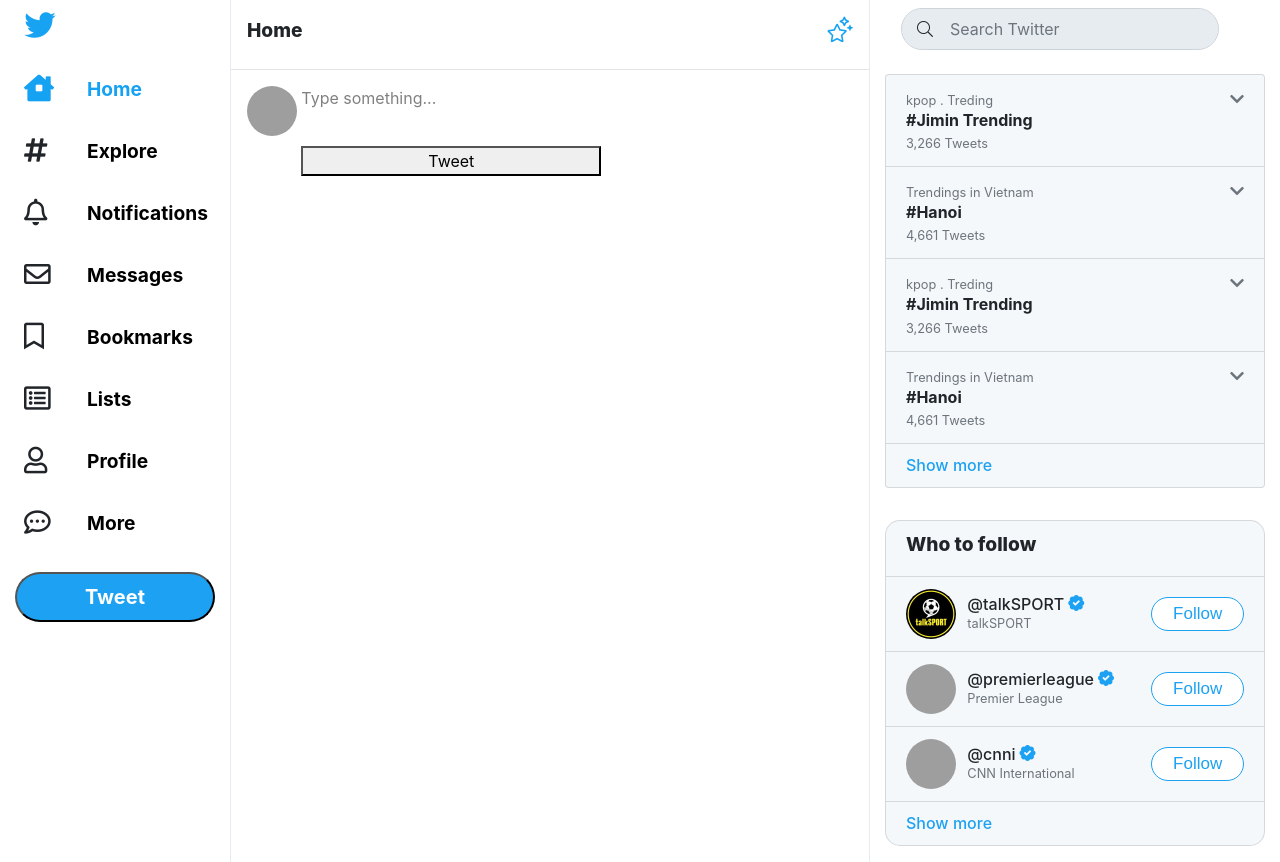
Repository: tts2610/Twitter-clone
Page: index.html
These files come from the project's save history. The page is drawn as it stood at one moment and after the next save; the edit follows.
The browser window is 1280 px wide. The pictures show the whole page.
Pictures or frames that could not be fetched are drawn as grey boxes.

Above is the page before, as saved 2020-05-23 16:29:26.

### index.html
<!DOCTYPE html>
<html lang="en">

<head>
    <meta charset="UTF-8">
    <!-- <meta name="viewport" content="width=device-width, initial-scale=1.0"> -->
    <title>Document</title>
    <link rel="stylesheet" href="css/style.css">
    <!-- Latest compiled and minified CSS -->
    <link rel="stylesheet" href="https://maxcdn.bootstrapcdn.com/bootstrap/4.5.0/css/bootstrap.min.css">

    <!-- jQuery library -->
    <script src="https://ajax.googleapis.com/ajax/libs/jquery/3.5.1/jquery.min.js"></script>

    <!-- Popper JS -->
    <script src="https://cdnjs.cloudflare.com/ajax/libs/popper.js/1.16.0/umd/popper.min.js"></script>

    <!-- Latest compiled JavaScript -->
    <script src="https://maxcdn.bootstrapcdn.com/bootstrap/4.5.0/js/bootstrap.min.js"></script>

    <!-- <link rel="stylesheet" crossorigin="anonymous" href="https://use.fontawesome.com/releases/v5.6.3/css/all.css" integrity="sha384-UHRtZLI+pbxtHCWp1t77Bi1L4ZtiqrqD80Kn4Z8NTSRyMA2Fd33n5dQ8lWUE00s/" /> -->
    <link rel="stylesheet" href="css/all.css">

</head>


<body>
    <div class="container" style="width: 100%;">
        <div class="row">
            <div class="col-3 pr-5">
                <div class="row">
                    <div class="col"><img src="/img/twt-logo1.png" alt="twitter-logo" width="50" height="50"></div>
                </div>
                <div class="row my-3">
                    <div id="outerMenuContainer" style="color: #16a2f2;">
                        <div class="col-2 mr-4 py-2 px-4" style="font-size: 20px;"><i class="fas fa-house fa-lg"></i></div>
                        <div class="col-10 py-2" style="margin-right: 0px;padding-right: 0px;font-weight: 700;font-size: larger;"> <a href="#Home" style="color: #16a2f2;">Home</a></div>
                    </div>

                </div>
                <div class="row my-3">
                    <div id="outerMenuContainer">
                        <div class="col-2 mr-4 py-2 px-4" style="font-size: 20px;"><i class="fas fa-hashtag fa-lg"></i></div>
                        <div class="col-10" style="margin-right: 0px;padding-right: 0px;font-weight: 700;font-size: larger;"><a href="#services">Explore</a></div>

                    </div>
                </div>
                <div class="row my-3">
                    <div id="outerMenuContainer">
                        <div class="col-2 mr-4 py-2 px-4" style="font-size: 20px;"><i class="far fa-bell fa-lg"></i></div>
                        <div class="col-10" style="margin-right: 0px;padding-right: 0px;font-weight: 700;font-size: larger;"><a href="#clients">Notifications</a></div>

                    </div>
                </div>
                <div class="row my-3">
                    <div id="outerMenuContainer">
                        <div class="col-2 mr-4 py-2 px-4" style="font-size: 20px;"><i class="far fa-envelope fa-lg"></i></div>
                        <div class="col-10" style="margin-right: 0px;padding-right: 0px;font-weight: 700;font-size: larger;"><a href="#contact">Messages</a></div>
                    </div>
                </div>
                <div class="row my-3">
                    <div id="outerMenuContainer">
                        <div class="col-2 mr-4 py-2 px-4" style="font-size: 20px;"><i class="far fa-bookmark fa-lg"></i></div>
                        <div class="col-10" style="margin-right: 0px;padding-right: 0px;font-weight: 700;font-size: larger;"><a href="#clients">Bookmarks</a></div>
                    </div>
                </div>
                <div class="row my-3">
                    <div id="outerMenuContainer">
                        <div class="col-2 mr-4 py-2 px-4" style="font-size: 20px;"><i class="far fa-list-alt fa-lg"></i></div>
                        <div class="col-10" style="margin-right: 0px;padding-right: 0px;font-weight: 700;font-size: larger;"><a href="#contact">Lists</a></div>
                    </div>
                </div>
                <div class="row my-3">
                    <div id="outerMenuContainer">
                        <div class="col-2 mr-4 py-2 px-4" style="font-size: 20px;"><i class="far fa-user fa-lg"></i></div>
                        <div class="col-10" style="margin-right: 0px;padding-right: 0px;font-weight: 700;font-size: larger;"><a href="#clients">Profile</a></div>
                    </div>
                </div>
                <div class="row my-3">
                    <div id="outerMenuContainer">
                        <div class="col-2 mr-4 py-2 px-4" style="font-size: 20px;"><i class="far fa-comment-dots fa-lg"></i></div>
                        <div class="col-10" style="margin-right: 0px;padding-right: 0px;font-weight: 700;font-size: larger;"><a href="#contact">More</a></div>
                    </div>
                </div>
                <div class="row my-3">
                    <div class="col"><button class="tweetbtn" href="#">Tweet</button></div>
                </div>
            </div>

            <div class="col-6" style="border-right: #e6ecf0 solid 1px; border-left: #e6ecf0 solid 1px; padding-left: 0px; padding-right: 0px;">
                <nav class="navbar sticky-top navbar-light my-2" id="leftNav">
                    <span>Home</span>
                    <span style="color: #16a2f2;"><i class="fal fa-stars fa-lg"></i></span>
                </nav>
                <hr/>
                <div id="inputArea" class="pl-3">
                    <div class="row">
                        <div class="col-1">
                            <img src="https://d3pc1xvrcw35tl.cloudfront.net/ln/feedImages/643x481/bwpUoL-J_400x400_ckOpi7f_4RVQqqi_ZPjpFJN_cnPYP1e_202004.jpg" id="moreToFollowImg" alt="Avatar">
                        </div>
                        <div class="col-11">
                            <div contenteditable="true" placeholder="Type something..." id="tweetArea"></div>

                            <button id="tweetBtn" onclick="post()">Tweet</button>
                            <span id="remain"></span>
                            <div id="content" class="mt-5"></div>
                        </div>
                        <!-- <input type="text" id="tweetArea" placeholder="What's happening"> -->


                    </div>



                </div>
            </div>

            <div class="col-3">
                <nav class="navbar sticky-top navbar-light" id="rightNav">
                    <span style="position: absolute;z-index: 100;"><i class="fal fa-search ml-3"></i></span>
                    <div><input class="form-control mr-sm-2 pl-5" type="search" placeholder="Search Twitter" aria-label="Search" id="search"></div>
                </nav>
                <div id="trendings" class="py-3">
                    <ul class="list-group mb-3">
                        <!-- <li class="list-group-item d-flex justify-content-between lh-condensed header" style="border-radius: 15px 15px 0px 0px;" id="trendingHeader">
                            <div>
                                <div class="trends-header">Trends for you</div>
                            </div>
                            <span class="text-muted"><i class="fal fa-cog" style="COLOR: rgba(29,161,242,1.00); font-size: larger;"></i></span>
                        </li> -->
                        <li class="list-group-item d-flex justify-content-between lh-condensed content" id="trending1">
                            <div>
                                <small class="text-muted">Trendings in Vietnam</small>
                                <h6 class="my-0 hashtag">#Hanoi</h6>
                                <small class="text-muted">4,661 Tweets</small>
                            </div>
                            <span class="text-muted"><i class="fas fa-chevron-down"></i></span>
                        </li>
                        <li class="list-group-item d-flex justify-content-between lh-condensed content" id="trending2">
                            <div>
                                <small class="text-muted">kpop . Treding</small>
                                <h6 class="my-0 hashtag">#Jimin Trending</h6>
                                <small class="text-muted">3,266 Tweets</small>
                            </div>
                            <span class="text-muted"><i class="fas fa-chevron-down"></i></span>
                        </li>
                        <li class="list-group-item d-flex justify-content-between lh-condensed content" id="trending3">
                            <div>
                                <small class="text-muted">Trendings in Vietnam</small>
                                <h6 class="my-0 hashtag">#Hanoi</h6>
                                <small class="text-muted">4,661 Tweets</small>
                            </div>
                            <span class="text-muted"><i class="fas fa-chevron-down"></i></span>
                        </li>
                        <li class="list-group-item d-flex justify-content-between lh-condensed content" id="trending4">
                            <div>
                                <small class="text-muted">kpop . Treding</small>
                                <h6 class="my-0 hashtag">#Jimin Trending</h6>
                                <small class="text-muted">3,266 Tweets</small>
                            </div>
                            <span class="text-muted"><i class="fas fa-chevron-down"></i></span>
                        </li>
                        <li class="list-group-item d-flex justify-content-between lh-condensed content" style="border-radius: 0px 0px 15px 15px">
                            <div>
                                <h6 class="my-0"><a href="#" style="COLOR: rgba(29,161,242,1.00); text-decoration: none;">Show more</a></h6>
                            </div>
                        </li>
                    </ul>
                </div>

                <div id="whoToFollow" class="">
                    <ul class="list-group mb-3">
                        <li class="list-group-item d-flex justify-content-between lh-condensed" style="border-radius: 15px 15px 0px 0px;">
                            <div>
                                <h5 class="whoToFollow-header">Who to follow</h5>
                            </div>
                        </li>
                        <li class="list-group-item content">
                            <div class="row">
                                <div class="col-2">
                                    <img src="img/profileImages/talkSport.jpg" id="moreToFollowImg" alt="Avatar">
                                </div>
                                <div class="col-6">
                                    <div style="display: flex;">
                                        <h6 class="my-0 hashtag">@talkSPORT</h6>
                                        <i class="ml-1 fas fa-badge-check"></i>
                                    </div>

                                    <small class="text-muted">talkSPORT</small>

                                </div>
                                <div class="col-4">
                                    <a href="#" class="followBtn">Follow</a>
                                </div>
                            </div>
                        </li>
                        <li class="list-group-item content">
                            <div class="row">
                                <div class="col-2">
                                    <img src="https://d3pc1xvrcw35tl.cloudfront.net/ln/feedImages/643x481/bwpUoL-J_400x400_ckOpi7f_4RVQqqi_ZPjpFJN_cnPYP1e_202004.jpg" id="moreToFollowImg" alt="Avatar">
                                </div>
                                <div class="col-6">
                                    <div style="display: flex;">
                                        <h6 class="my-0 hashtag">@premierleague</h6>
                                        <i class="ml-1 fas fa-badge-check"></i>
                                    </div>

                                    <small class="text-muted">Premier League</small>

                                </div>
                                <div class="col-4">
                                    <a href="#" class="followBtn">Follow</a>
                                </div>
                            </div>
                        </li>
                        <li class="list-group-item content">
                            <div class="row">
                                <div class="col-2">
                                    <img src="https://upload.wikimedia.org/wikipedia/commons/thumb/6/66/CNN_International_logo.svg/1200px-CNN_International_logo.svg.png" id="moreToFollowImg" alt="Avatar">
                                </div>
                                <div class="col-6">
                                    <div style="display: flex;">
                                        <h6 class="my-0 hashtag">@cnni</h6>
                                        <i class="ml-1 fas fa-badge-check"></i>
                                    </div>

                                    <small class="text-muted">CNN International</small>

                                </div>
                                <div class="col-4">
                                    <a href="#" class="followBtn">Follow</a>
                                </div>
                            </div>
                        </li>
                        <li class="list-group-item d-flex justify-content-between lh-condensed content" style="border-radius: 0px 0px 15px 15px">
                            <div>
                                <h6 class="my-0"><a href="#" style="COLOR: rgba(29,161,242,1.00); text-decoration: none;">Show more</a></h6>
                            </div>
                        </li>
                    </ul>
                </div>
            </div>
        </div>
        <!-- END COL-3 -->
    </div>

    <script src="js/script.js"></script>
    <script src="js/moment.js"></script>
</body>

</html>

### css/style.css
* {
    box-sizing: border-box;
}

body {
    font-family: “Helvetica Neue”, Helvetica, Arial, sans-serif;
}


/* body .container {
    max-width: 80%;
    padding-left: 0px;
    padding-right: 0px;
} */


/* .container {
    width: 60%;
} */

@media (min-width: 1200px) {
    body .container {
        max-width: 100%;
    }
}


/* extra large devices */

@media screen and (min-width: 1800px) {
    body .container {
        max-width: 70%;
    }
}

.container .row .col-3 {
    max-width: 230px;
}

#leftNav {
    display: flex;
    justify-content: space-between;
    font-size: larger;
    font-weight: 800;
    background-color: white;
}

#rightNav {
    min-width: 380px;
    background-color: white;
}

#rightNav .input-group-prepend {
    background-color: white !important;
    color: white !important;
}

#search {
    border-radius: 30px;
    height: 10px;
    padding: 20px;
    position: relative;
    width: 318px;
    background-color: #e6ecf0;
}

.sidenav {
    height: 100%;
    position: fixed;
    z-index: 1;
    top: 0;
    left: 0;
    background-color: rgb(255, 255, 255);
    overflow-x: hidden;
    padding-top: 20px;
    border-right: 1px solid lightgrey;
}

.sidenav a {
    text-decoration: none;
    font-size: 25px;
    color: #000000;
    display: block;
    font-family: system-ui, -apple-system, BlinkMacSystemFont, "Segoe UI", Roboto, Ubuntu, "Helvetica Neue", sans-serif;
    ;
    margin: 5px;
    margin-bottom: 10px;
}

.sidenav a:hover {
    color: #16afdd;
}

.main {
    margin-left: 160px;
    /* Same as the width of the sidenav /
    font-size: 28px; / Increased text to enable scrolling */
    padding: 0px 10px;
}

@media screen and (max-height: 450px) {
    .sidenav {
        padding-top: 15px;
    }
    .sidenav a {
        font-size: 18px;
    }
}

.tweetbtn {
    height: 50px;
    width: 200px;
    border-radius: 40px;
    background-color: rgb(29, 161, 242);
    color: white;
    font-weight: bolder;
    font-size: 20px;
    cursor: pointer;
    margin-left: 0px;
    margin-top: 10px;
}

.tweetbtn:hover {
    background-color: rgba(26, 145, 218);
}

.home {
    display: flex;
}

.explore {
    display: flex;
}

.notifications {
    display: flex;
}

.messages {
    display: flex;
}

.bookmarks {
    display: flex;
}

.lists {
    display: flex;
}

.profile {
    display: flex;
}

.more {
    display: flex;
}


/* Clear floats after the columns */

.row:after {
    content: "";
    display: table;
    clear: both;
}

tr {
    text-align: center;
}

#tweetBtn {
    margin-top: 10px;
    width: 300px;
}

#trendings {
    min-width: 380px;
}

#trendings .list-group-item {
    background-color: #f5f8fa;
}

#trendings .content {
    cursor: pointer;
}

#trendings .trends-header {
    font-weight: 800;
    font-size: larger;
}

#trendings .content:hover {
    filter: brightness(97%)
}

#trendings ul li .hashtag {
    font-weight: 700;
}

#moreToFollowImg {
    border-radius: 50%;
    width: 50px;
    height: 50px;
}

.fa-badge-check {
    color: rgba(29, 161, 242, 1.00);
}

.followBtn {
    -webkit-border-radius: 20px;
    -moz-border-radius: 20px;
    border-radius: 25px;
    color: #1DA1F2;
    font-family: Arial;
    font-size: 17px;
    font-weight: 200;
    padding: 3px;
    background-color: #FFFFFF;
    border: solid #1DA1F2 1px;
    text-decoration: none;
    /* display: inline-block; */
    cursor: pointer;
    text-align: center;
}

.followBtn:hover {
    color: #1DA1F2;
    background: #CFE7F6;
    border-radius: 25px;
    text-decoration: none;
    opacity: 0.7;
}

#whoToFollow {
    min-width: 380px;
}

#whoToFollow .list-group-item {
    background-color: #f5f8fa;
}

#whoToFollow .content {
    cursor: pointer;
}

#whoToFollow .content:hover {
    filter: brightness(97%)
}

#whoToFollow .row .col-6 {
    display: flex;
    flex-direction: column;
    justify-content: center;
}

#whoToFollow .row .col-6 .hashtag {
    text-overflow: ellipsis;
    white-space: nowrap;
    overflow: hidden;
}

#whoToFollow .row .col-4 {
    display: flex;
    flex-direction: column;
    justify-content: center;
}

#whoToFollow .whoToFollow-header {
    font-weight: 800;
    font-size: larger;
}

h6 {
    font-weight: 700;
}

#content .functionBar {
    display: flex;
    justify-content: space-between;
}

#content .row {
    padding: 30px;
    border: 1px solid lightgrey;
}

#content .row div {
    margin-top: 4px;
}

#outerMenuContainer {
    display: flex;
    flex-direction: row;
    align-items: center;
    width: max-content;
}

#outerMenuContainer:hover {
    color: #1DA1F2 !important;
    background: #CFE7F6;
    border-radius: 25px;
    text-decoration: none;
    opacity: 0.7;
    /* padding: 5px 0px 5px 3px;
    width: max-content; */
}

#outerMenuContainer:hover a {
    color: #1DA1F2 !important;
}

#outerMenuContainer a {
    text-decoration: none;
    color: black;
}

#tweetArea[placeholder]:empty::before {
    content: attr(placeholder);
    color: gray;
}

#tweetArea[placeholder]:empty:focus::before {
    content: "";
    content: attr(placeholder);
    color: gray;
}

#tweetArea[contenteditable]:focus {
    outline: 0px solid transparent;
}

#tweetArea {
    height: 50px;
}

Loaded but not shown: css/all.css (library); js/moment.js (library); js/script.js (192 lines, source omitted)

After the next save:
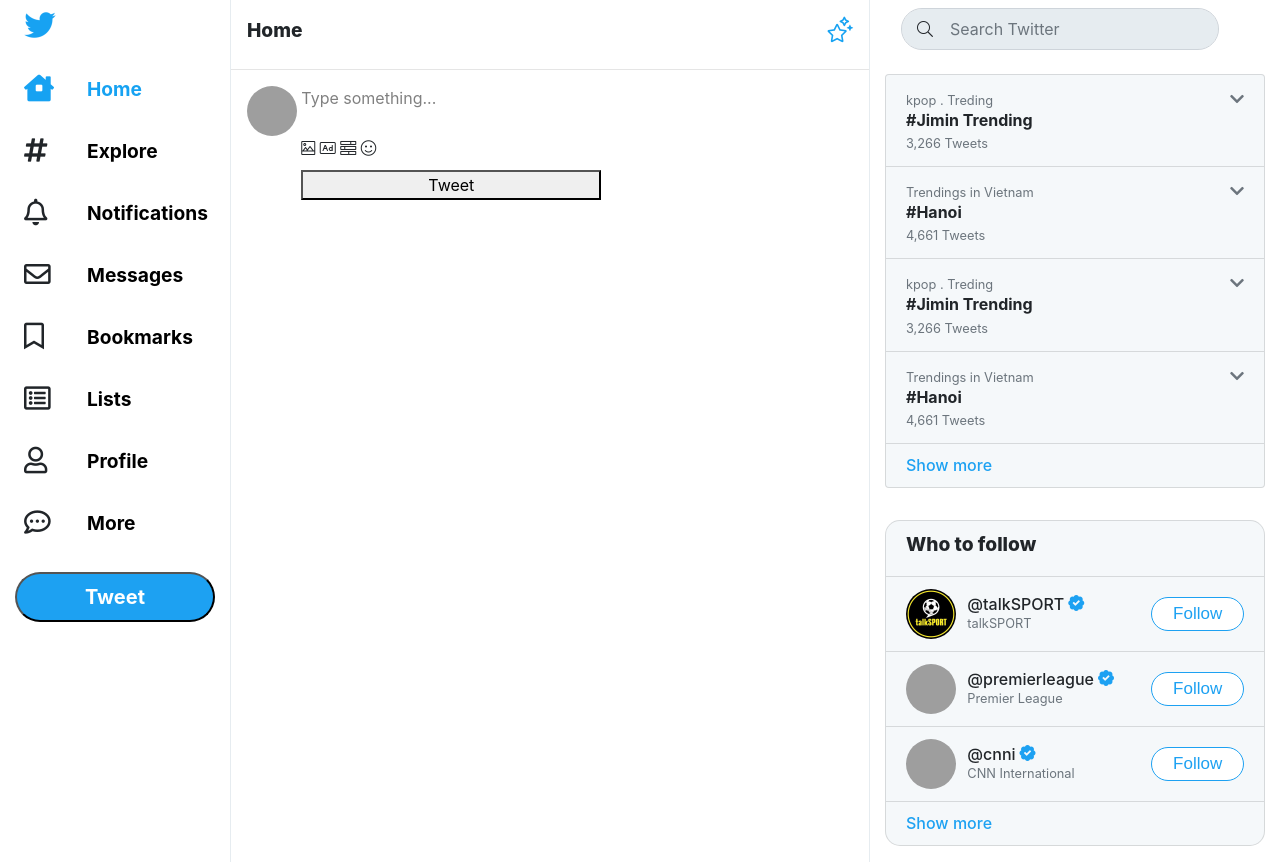
Saved 4 min 39 s later.
--- a/index.html
+++ b/index.html
@@ -101,9 +101,18 @@
                         <div class="col-11">
                             <div contenteditable="true" placeholder="Type something..." id="tweetArea"></div>
 
+                            <div class="utilityBar">
+                                <div>
+                                    <i class="fal fa-image-polaroid"></i>
+                                    <i class="fal fa-ad"></i>
+                                    <i class="fal fa-tasks-alt"></i>
+                                    <i class="fal fa-smile"></i>
+                                </div>
+                                <div></div>
+                            </div>
                             <button id="tweetBtn" onclick="post()">Tweet</button>
                             <span id="remain"></span>
-                            <div id="content" class="mt-5"></div>
+                            <!-- <div id="content" class="mt-5"></div> -->
                         </div>
                         <!-- <input type="text" id="tweetArea" placeholder="What's happening"> -->
 
